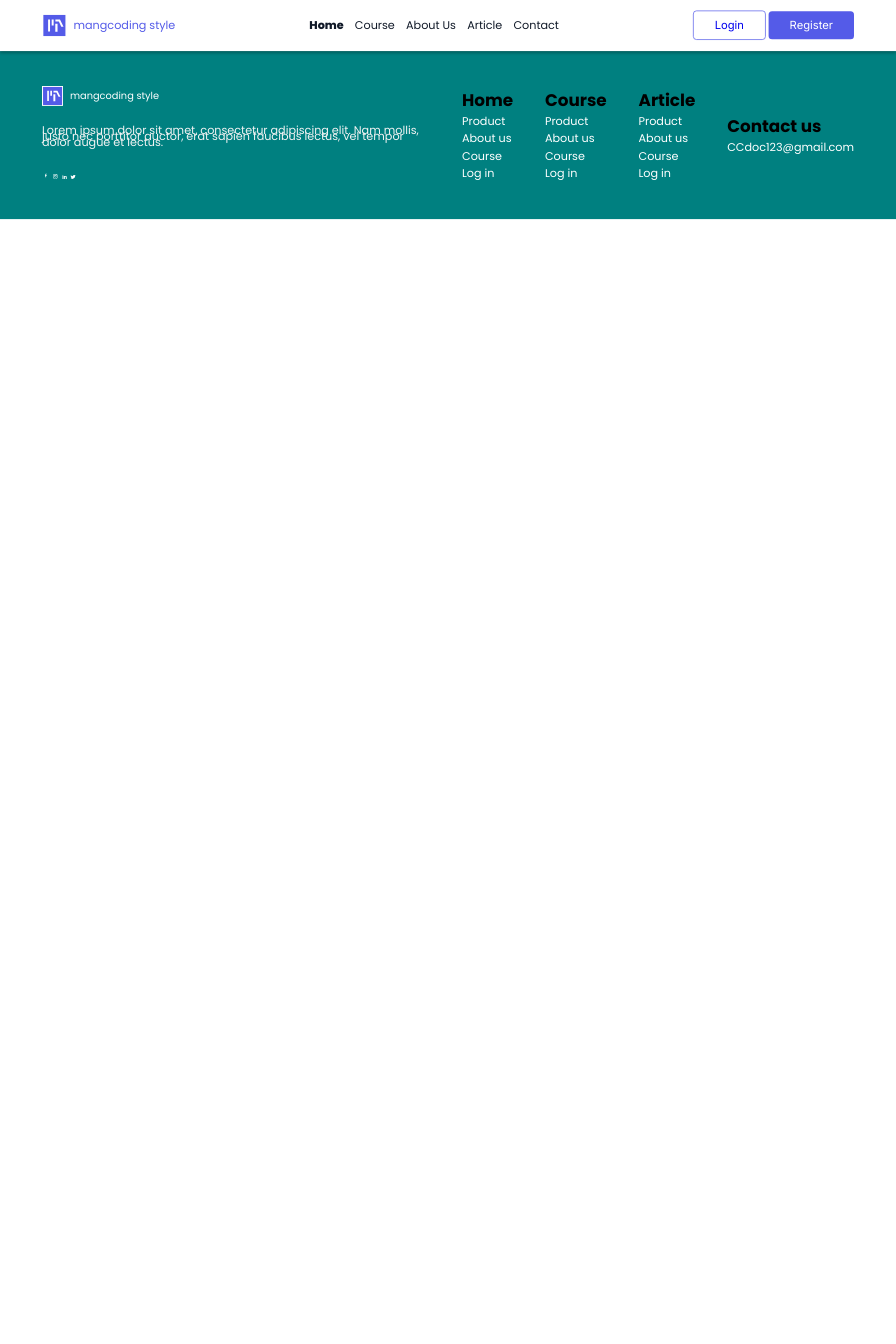
Repository: Dania-Alqam/landing-page
Page: index.html
These files come from the project's save history. The page is drawn as it stood at one moment and after the next save; the edit follows.
The browser window is 1280 px wide. The pictures show the part of the page from y = 0 to 1920 px (the page is 5000 px tall), at 70% of full size.

Above is the page before, as saved 2024-06-22 00:00:57.

After the next save:
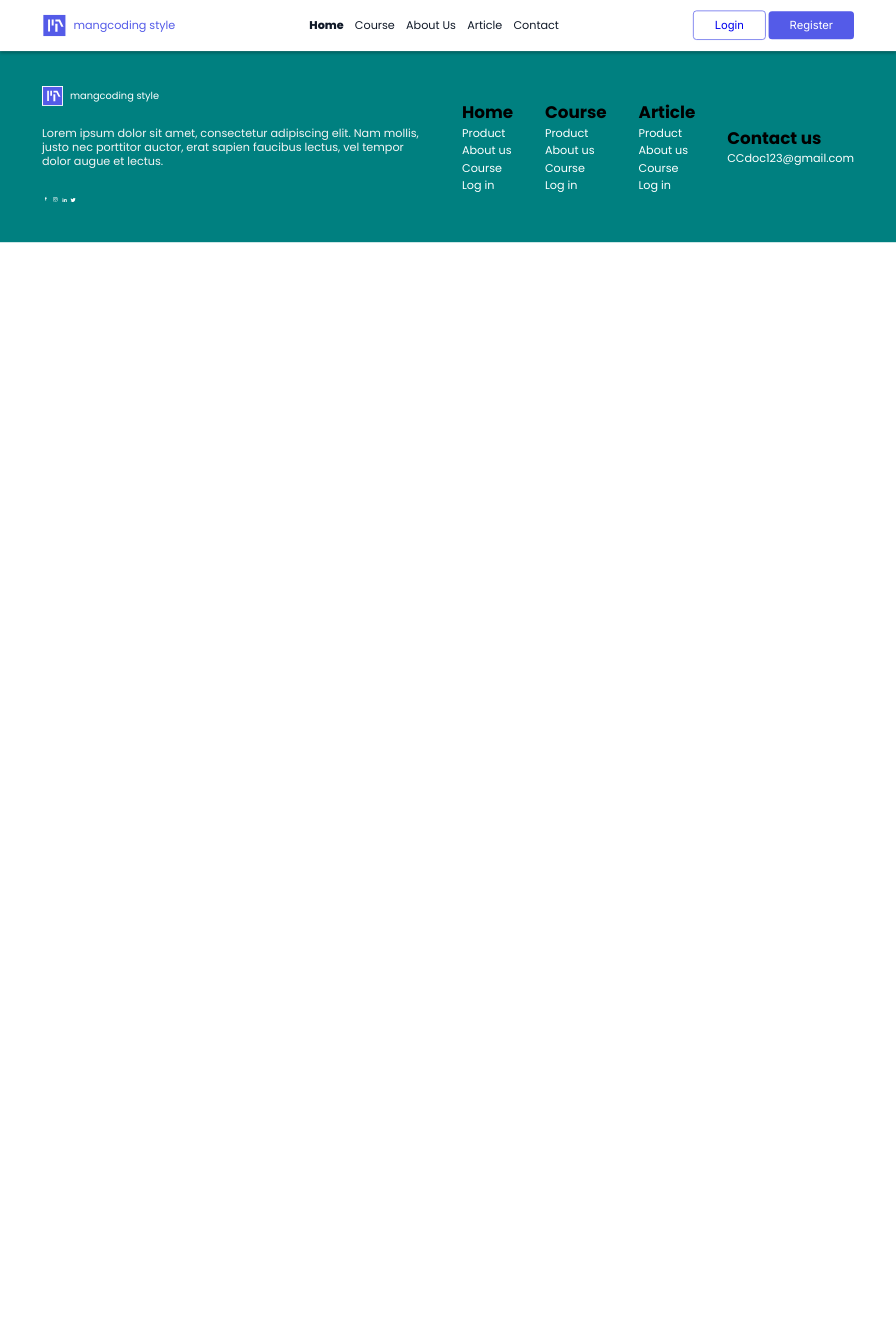
Saved 12 s later.
--- a/assests/css/main.css
+++ b/assests/css/main.css
@@ -100,6 +100,6 @@ font-weight: 800;
 }
 .footer .footer-start  p{
     color: #F4F4F4;
-    line-height: 9px;
+    line-height: 20px;
 }
 /* end footer */
